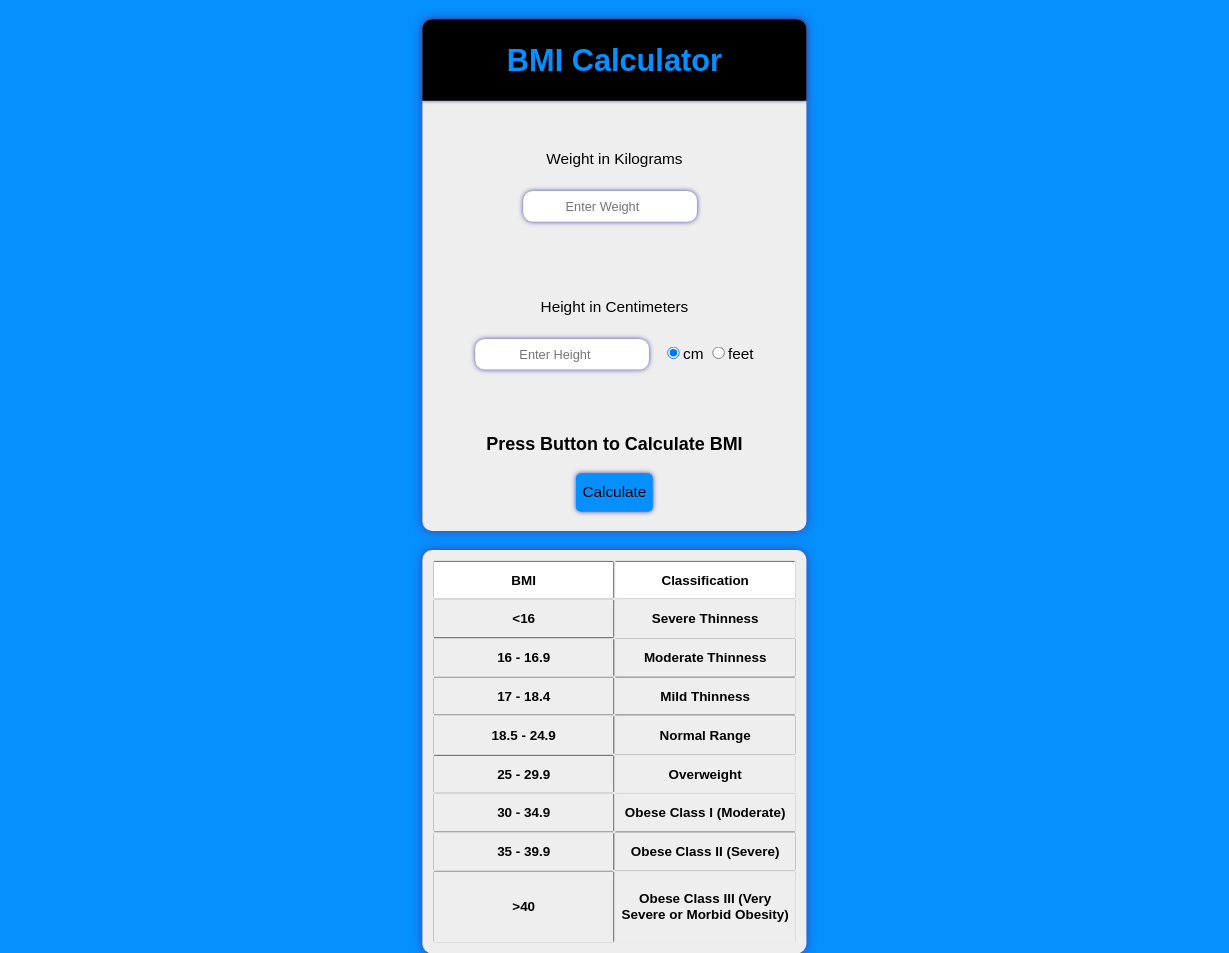
Repository: shayanabedi98/bmi-calculator
Page: index.html
These files come from the project's save history. The page is drawn as it stood at one moment and after the next save; the edit follows.
The browser window is 1280 px wide. The pictures show the whole page, at 96% of full size.

Above is the page before, as saved 2023-07-24 19:25:42.

After the next save:
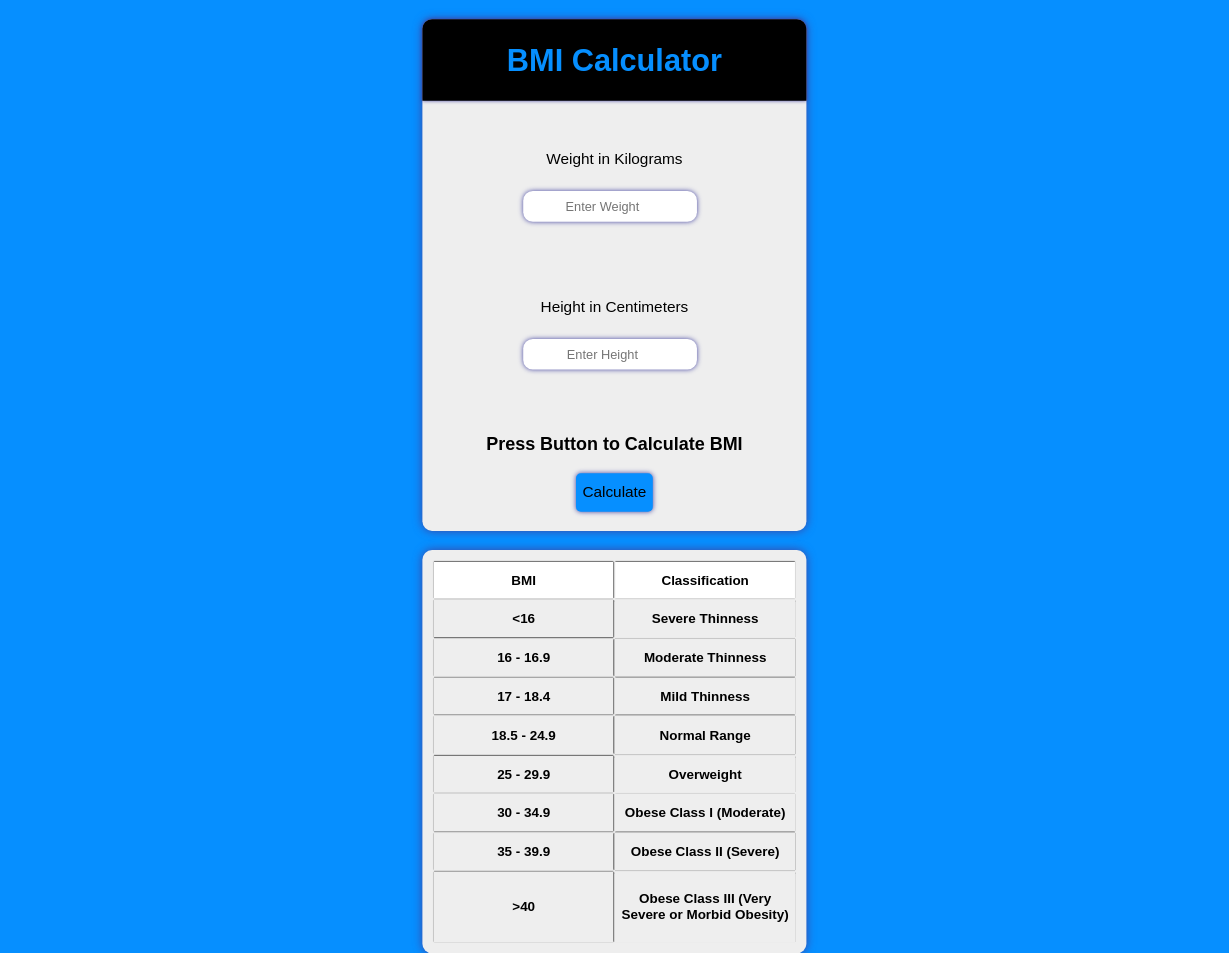
Saved 21 s later.
--- a/index.html
+++ b/index.html
@@ -18,8 +18,6 @@
                 <div class="height">
                     <label class="height" for="height">Height in Centimeters</label>
                     <input type="number" placeholder="Enter Height" id="height">
-                    <input type="radio" name="height" checked><span>cm</span>
-                    <input type="radio" name="height"><span>feet</span>
                 </div>
                 <div class="feet">
                     <label for="height">Height</label>
